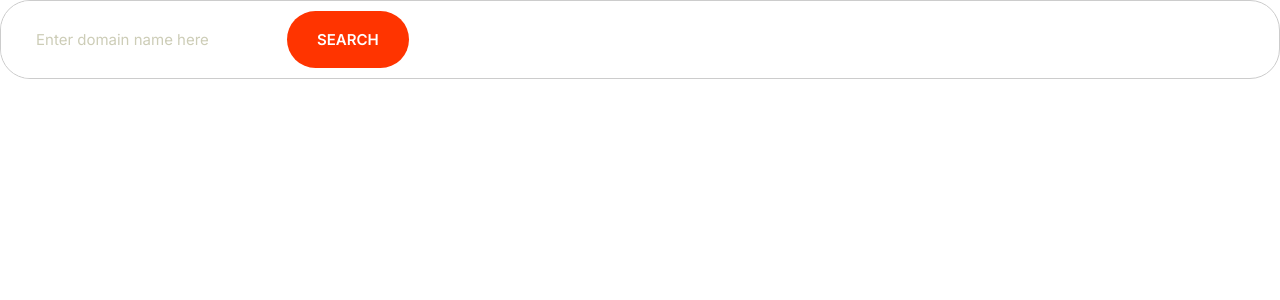
Repository: Qiwenweiii/CodeWithMosh
Page: index.html
These files come from the project's save history. The page is drawn as it stood at one moment and after the next save; the edit follows.
The browser window is 1280 px wide. The pictures show the whole page.

Above is the page before, as saved 2021-11-11 21:36:32.

### index.html
<!DOCTYPE html>
<html>

<head>
    <title>CodeWithMosh</title>
    <meta charset="UTF-8" />

    <link rel="preconnect" href="https://fonts.googleapis.com" />
    <link rel="preconnect" href="https://fonts.gstatic.com" crossorigin />
    <link href="https://fonts.googleapis.com/css2?family=Inter:wght@400;600;700&display=swap" rel="stylesheet" />

    <link rel="stylesheet" href="./styles/normalize.css" />
    <link rel="stylesheet" href="./styles/styles.css" />
</head>

<body>
    <div class="input-group">
        <input type="text" class="input" placeholder="Enter domain name here" />
        <button class="btn btn--accent">Search</button>
    </div>
</body>

</html>

### styles/styles.css
:root {
    /* 定义配色变量 */
    /* 主体配色 */
    --color-primary: #2584ff;
    --color-secondary: #00d9ff;
    --color-accent: #ff3400;
    /* 文本配色 */
    --color-headings: #1b0760;
    --color-body: #918ca4;
    --color-border: #ccc;
    --border-radius: 30px;
}

*,
*::before,
*::after {
    box-sizing: border-box;
}


/* 字体配置 */


/* 设置默认字体大小 */

html {
    /* 默认字体大小是16px，62.5%是10px */
    font-size: 62.5%;
}


/* 设置字体，字体大小和文本颜色 */

body {
    font-family: Inter, Arial, Helvetica, sans-serif;
    color: var(--color-body);
    font-size: 2.4rem;
    line-height: 1.5;
}

h1,
h2,
h3 {
    color: var(--color-headings);
    margin-bottom: 1rem;
}

h1 {
    font-size: 7rem;
}

h2 {
    font-size: 4rem;
}

h3 {
    font-size: 3rem;
}

p {
    margin-top: 0;
}


/* PC端页面字体大小 */

@media screen and (min-width: 1024px) {
    body {
        font-size: 1.8rem;
    }
    h1 {
        font-size: 8rem;
    }
    h3 {
        font-size: 2.4rem;
    }
}


/* 链接配置,Links */

a {
    text-decoration: none;
}

.link-arrow {
    color: var(--color-accent);
    text-transform: uppercase;
    font-size: 2rem;
    font-weight: bold;
}

.link-arrow::after {
    content: "-->";
    margin-left: 5px;
    transition: margin 0.15s;
}

.link-arrow:hover::after {
    margin-left: 10px;
}

@media screen and (min-width: 1024px) {
    .link-arrow {
        font-size: 1.5rem;
    }
}


/* 标签的样式 */


/* 结构 */

.badge {
    border-radius: 20px;
    padding: 0.5rem 2rem;
    font-weight: 600;
    font-size: 2rem;
    white-space: nowrap;
}


/* 外观，常规标签 */

.badge--primary {
    background: var(--color-primary);
    color: #fff;
}

.badge--secondary {
    background: var(--color-secondary);
    color: #fff;
}


/* 小标签 */

.badge--small {
    font-size: 1.6rem;
}

@media screen and (min-width: 1024px) {
    .badge {
        font-size: 1.5rem;
    }
    .badge--small {
        font-size: 1.2rem;
    }
}


/* 列表 */

.list {
    list-style: none;
    padding-left: 0;
    color: var(--color-headings);
}

.list--inline .list__item {
    display: inline-block;
    margin-right: 2rem;
}

.list--tick {
    padding-left: 3rem;
    list-style-image: url(../images/tick.svg);
}

.list--tick .list__item {
    padding-left: 0.5rem;
    margin-bottom: 1rem;
}

@media screen and (min-width: 1024px) {
    .list--tick .list__item {
        padding-left: 0;
    }
}


/* Icon，图标 */

.icon-container {
    display: flex;
    justify-content: center;
    align-items: center;
    background: #f3f9fa;
    width: 64px;
    height: 64px;
    border-radius: 100%;
}

.icon {
    width: 40px;
    height: 40px;
}

.icon--primary {
    fill: var(--color-primary);
}


/* 按钮组件 */

.btn {
    font-size: 1.8rem;
    font-weight: 600;
    text-transform: uppercase;
    text-align: center;
    padding: 2rem 3rem;
    margin: 1rem 0;
    border: 0;
    border-radius: 40px;
    cursor: pointer;
    white-space: nowrap;
}

.btn--primary {
    background-color: var(--color-primary);
    color: #fff;
}

.btn--primary:hover {
    background-color: #3a8ffd;
}

.btn--secondary {
    background-color: var(--color-secondary);
    color: #fff;
}

.btn--secondary:hover {
    background-color: #00c8eb;
}

.btn--accent {
    background-color: var(--color-accent);
    color: #fff;
}

.btn--accent:hover {
    background-color: #ec3000;
}

.btn--outline {
    background-color: #fff;
    color: var(--color-headings);
    border: 2px solid var(--color-headings);
}

.btn--outline:hover {
    background-color: var(--color-headings);
    color: #fff;
}

.btn--block {
    width: 100%;
    display: inline-block;
}

@media screen and (min-width: 1024px) {
    .btn {
        font-size: 1.5rem;
    }
}


/* 输入框组件 */

.input {
    padding: 1.5rem 3.5rem;
    border: 1px solid var(--color-border);
    border-radius: var(--border-radius);
    outline: none;
    color: var(--color-headings);
    font-size: 2rem;
}

::placeholder {
    color: #cdcdb7;
}

.input-group {
    display: flex;
    border: 1px solid var(--color-border);
    border-radius: var(--border-radius);
}

.input-group .input {
    border: 0;
}

@media screen and (min-width: 1024px) {
    .input {
        font-size: 1.5rem;
    }
}

Loaded but not shown: styles/normalize.css (library)

After the next save:
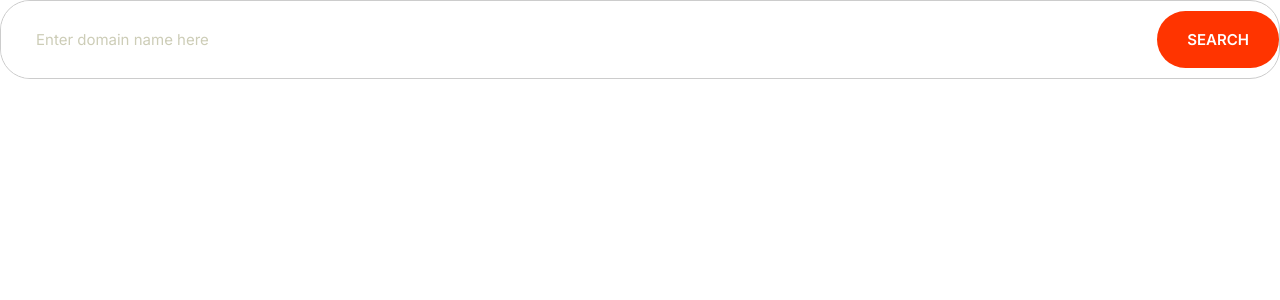
Saved 8 s later.
--- a/styles/styles.css
+++ b/styles/styles.css
@@ -290,6 +290,7 @@ a {
 
 .input-group .input {
     border: 0;
+    flex-grow: 1;
 }
 
 @media screen and (min-width: 1024px) {
